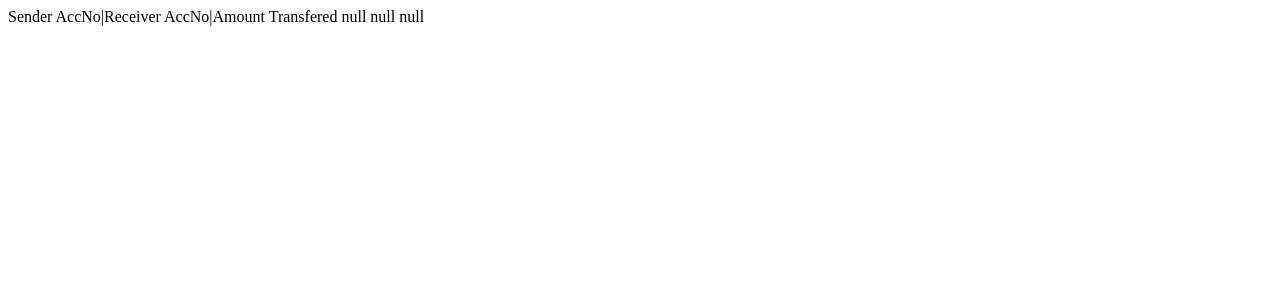
Repository: DEEKSHITH-GD/Banking-Application-using-Servlets
Page: http://localhost/BankingApplication_Servlets/StatementSuccess.jsp
These files come from the project's save history. The page is drawn as it stood at one moment and after the next save; the edit follows.
The browser window is 1280 px wide. The pictures show the whole page.
The page is served by Tomcat 9. Other server files are loaded and not shown.

Above is the page before, as saved 2024-01-03 18:13:41.

### Banking Application using Servlets/BankingApplication_Servlets/src/main/webapp/StatementSuccess.jsp
<%@ page language="java" contentType="text/html; charset=ISO-8859-1"
    pageEncoding="ISO-8859-1"%>
<!DOCTYPE html>
<html>
<head>
<meta charset="ISO-8859-1">
<title>Success</title>
</head>
<body>
	<%
		session = request.getSession();
		out.println("Sender AccNo|Receiver AccNo|Amount Transfered");
		out.println(session.getAttribute("sal") +"  ");
		out.println(session.getAttribute("ral") +"  ");
		out.println(session.getAttribute("al"));
	%>
</body>
</html>

After the next save:
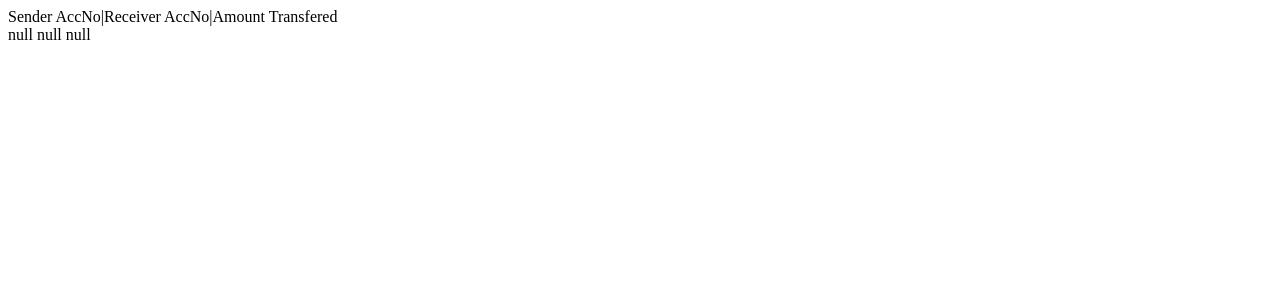
Saved 21 s later.
--- a/Banking Application using Servlets/BankingApplication_Servlets/src/main/webapp/StatementSuccess.jsp
+++ b/Banking Application using Servlets/BankingApplication_Servlets/src/main/webapp/StatementSuccess.jsp
@@ -10,6 +10,7 @@
 	<%
 		session = request.getSession();
 		out.println("Sender AccNo|Receiver AccNo|Amount Transfered");
+		out.println("<br>");
 		out.println(session.getAttribute("sal") +"  ");
 		out.println(session.getAttribute("ral") +"  ");
 		out.println(session.getAttribute("al"));
